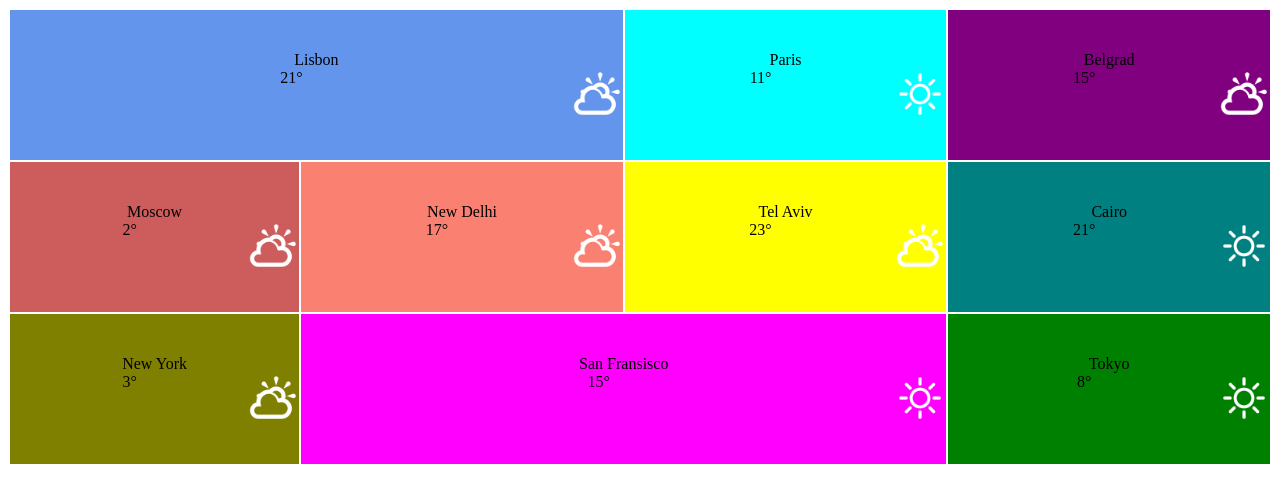
Repository: aysedo/html
Page: Week_2/index.html
The author's editor kept a copy of each file at every save. The page is drawn from the files as they stood at one save, then again after the next save.
The browser window is 1280 px wide. The pictures show the whole page.

Above is the page before, as saved 2021-08-24 16:10:51.

### Week_2/index.html
<!DOCTYPE html>
<html lang="en">
  <head>
    <meta charset="UTF-8" />
    <meta http-equiv="X-UA-Compatible" content="IE=edge" />
    <meta name="viewport" content="width=device-width, initial-scale=1.0" />
    <title>Document</title>
  </head>
  <body>
    <table width="100%">
      <tr height="150">
        <td colspan="2" bgcolor="cornflowerblue" align="center">
          Lisbon
          <br />
          21°
          <img src="img.png" width="50" align="right" />
        </td>
        <td bgcolor="Aqua" align="center">
          Paris
          <br />
          11°
          <img src="sun.png" width="50" align="right" />
        </td>
        <td bgcolor="Purple" align="center">
          Belgrad
          <br />
          15°
          <img src="img.png" width="50" align="right" />
        </td>
      </tr>
      <tr height="150">
        <td bgcolor="Indianred" align="center">
          Moscow
          <br />
          2°
          <img src="img.png" width="50" align="right" />
        </td>
        <td bgcolor="Salmon" align="center">
          New Delhi
          <br />
          17°
          <img src="img.png" width="50" align="right" />
        </td>
        <td bgcolor="Yellow" align="center">
          Tel Aviv
          <br />
          23°
          <img src="img.png" width="50" align="right" />
        </td>
        <td bgcolor="Teal" align="center">
          Cairo
          <br />
          21°
          <img src="sun.png" width="50" align="right" />
        </td>
      </tr>
      <tr height="150">
        <td bgcolor="Olive" align="center">
          New York<br />
          3°
          <img src="img.png" width="50" align="right" />
        </td>
        <td colspan="2" bgcolor="Fuchsia" align="center">
          San Fransisco
          <br />
          15°
          <img src="sun.png" width="50" align="right" />
        </td>
        <td bgcolor="Green" align="center">
          Tokyo
          <br />
          8°
          <img src="sun.png" width="50" align="right" />
        </td>
      </tr>
    </table>
  </body>
</html>

After the next save:
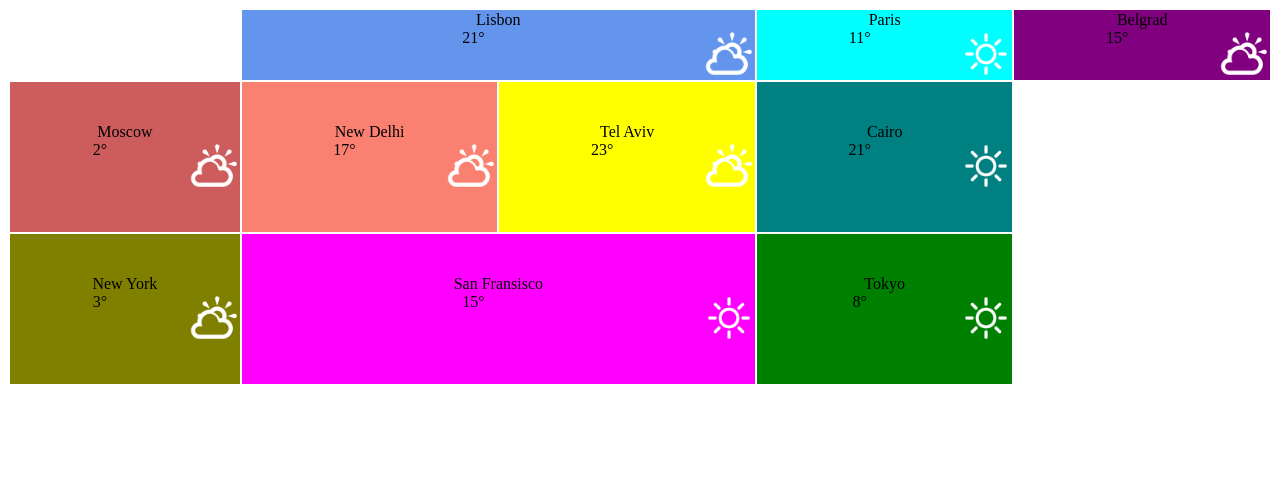
Saved 13 min 7 s later.
--- a/Week_2/index.html
+++ b/Week_2/index.html
@@ -8,7 +8,7 @@
   </head>
   <body>
     <table width="100%">
-      <tr height="150">
+      <th "100%">
         <td colspan="2" bgcolor="cornflowerblue" align="center">
           Lisbon
           <br />
